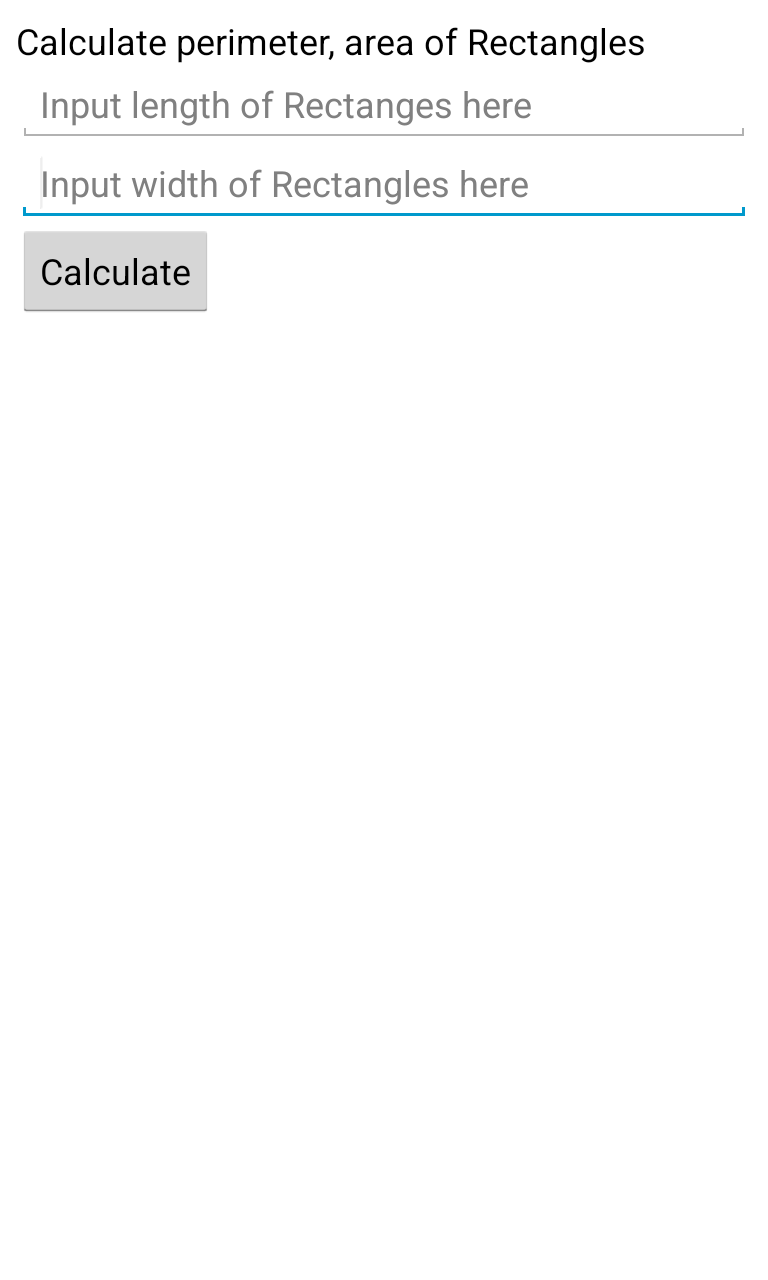
Repository: LightWay152/Lesson1_Variable_Type_Operations
Layout: Perimeter_Area_Rectangles_Circles/res/layout/activity_main.xml
These files come from the project's save history. The layout is drawn as it stood at one moment and after the next save; the edit follows.
It is drawn on a 768 x 1280 px phone screen (xhdpi) without system bars, with theme AppTheme; the app's code is not run.

Above is the layout before, as saved 2017-01-01 08:50:49.

After the next save:
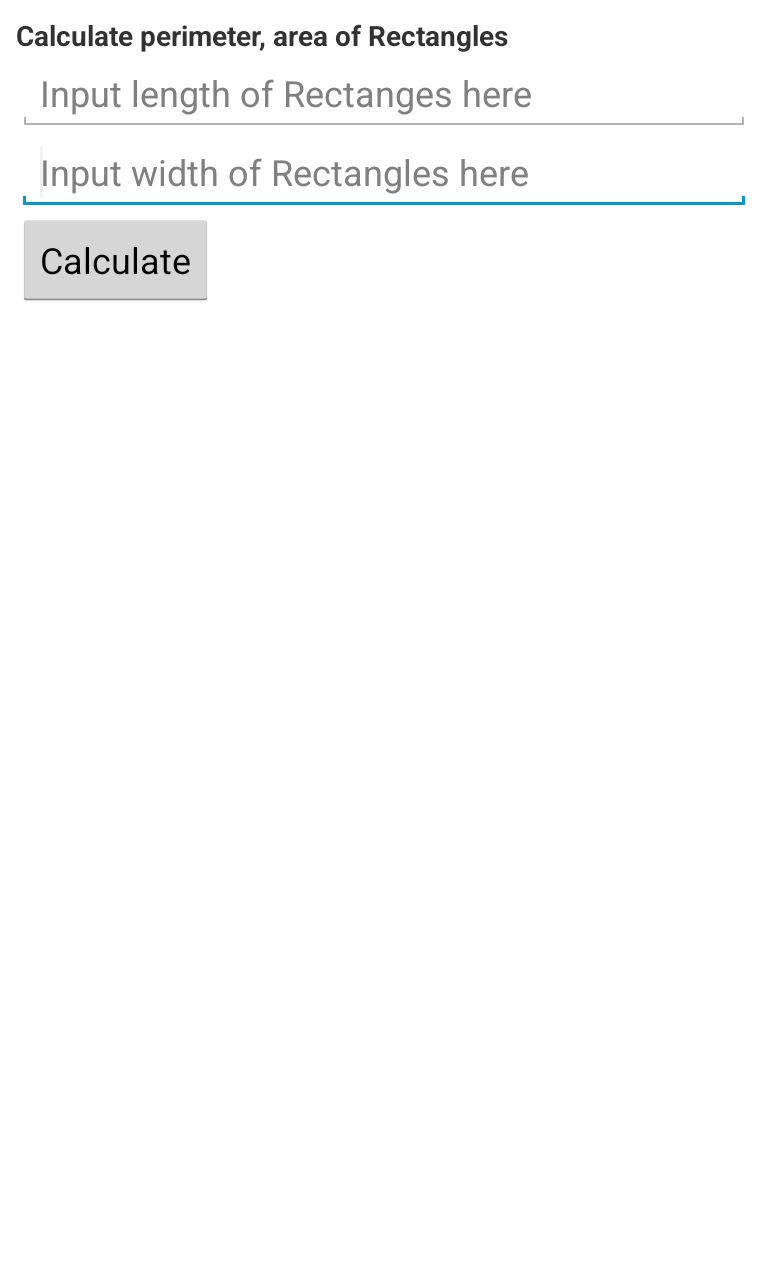
Saved 16 s later.
--- a/Perimeter_Area_Rectangles_Circles/res/layout/activity_main.xml
+++ b/Perimeter_Area_Rectangles_Circles/res/layout/activity_main.xml
@@ -10,7 +10,7 @@
         android:layout_width="match_parent"
         android:layout_height="wrap_content"
         android:text="@string/calculate_perimeter_area_rectangles"
-        android:textAppearance="?android:attr/textAppearanceMedium"/>
+        android:textStyle="bold"/>
 	<EditText
         android:id="@+id/EditText1"
         android:layout_width="match_parent"
